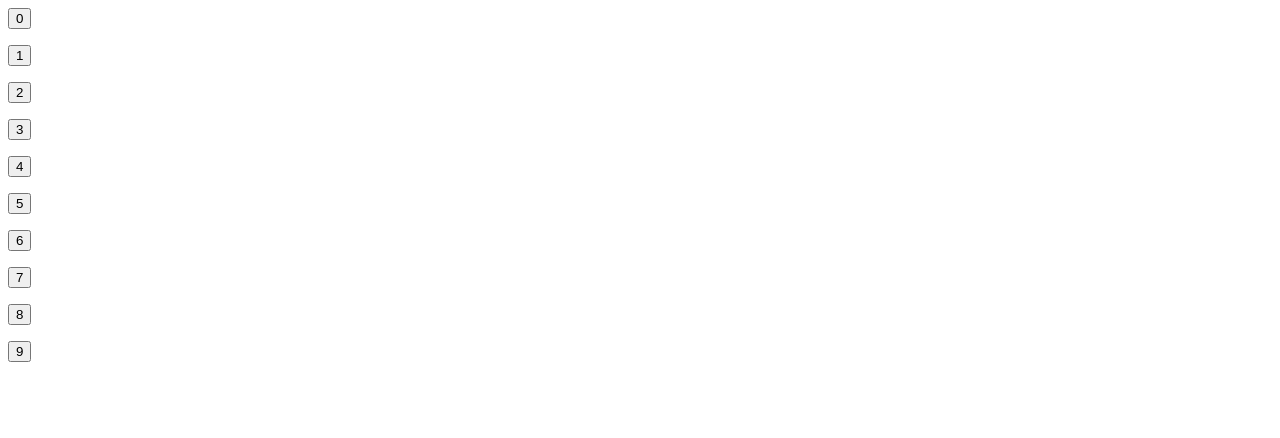
Repository: sheddy1/nasspchart
Page: http://localhost/forloop.php
These files come from the project's save history. The page is drawn as it stood at one moment and after the next save; the edit follows.
The browser window is 1280 px wide. The pictures show the whole page.
The page is run by PHP 8.4 with error messages shown; the project is at /var/www/html/.

Above is the page before, as saved 2022-04-25 23:40:22.

After the next save:
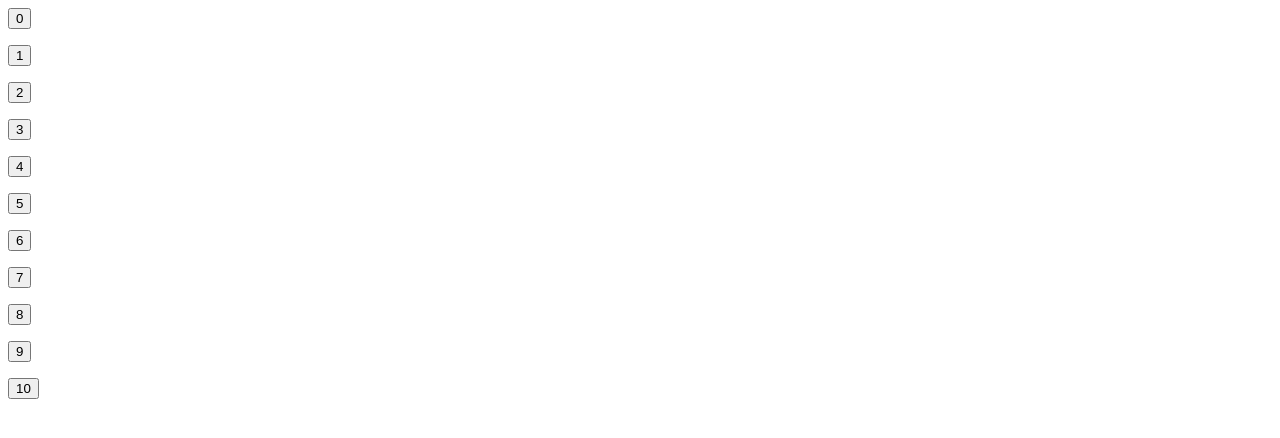
Saved 41 s later.
--- a/forloop.php
+++ b/forloop.php
@@ -48,7 +48,7 @@ $user = "root";
 
     $_SESSION['idt'] = 0;
 
-    for ($x=0; $x<10; $x++)
+    for ($x=0; $x<=10; $x++)
     {
         $name1 = "name".$x;
         $_SESSION['idt'] = $x;
